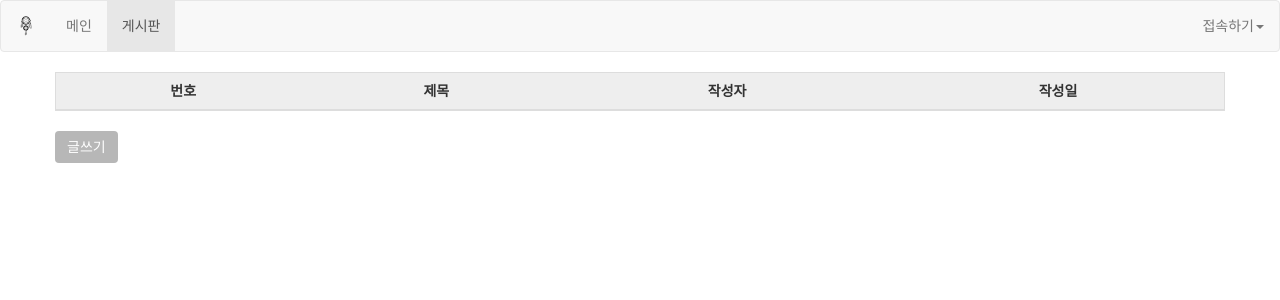
Repository: tjshee39/-1-2
Page: http://localhost/BBS/bbs.jsp
An editor plug-in stored every save of this project. The page is shown before and after the next save, followed by the edit.
The browser window is 1280 px wide. The pictures show the whole page.
Some web fonts or font styles are not loaded; a fallback is used. The page is served by Tomcat 9. Other server files are loaded and not shown. Queries for data that is not in the repository find no rows.

Above is the page before, as saved 2020-06-29 12:57:05.

### project/BBS/WebContent/bbs.jsp
<%@ page language="java" contentType="text/html; charset=UTF-8"
    pageEncoding="UTF-8"%>
<%@ page import="java.io.PrintWriter" %>   <!-- 라이브러리 불러오기 -->
<%@ page import="bbs.BbsDAO" %>  <!-- bbs패키지에 있는 BbsDAO -->
<%@ page import="bbs.Bbs" %>
<%@ page import="java.util.ArrayList" %>  <!-- 게시판 목록 출력 -->
<!DOCTYPE html>
<html>
<head>
<meta charset="UTF-8">
<meta name="viewport" content="width=device-width", initial-scale="1">
<link rel="stylesheet" href="css/bootstrap.min.css">  <!-- bootstrap: 디자인 프레임워크(반응형) -->
<link rel="stylesheet" href="css/custom.css">
<title>JSP BBS</title>
<style type="text/css">
	a, a:hover {
		color: #000000;
		text-decoration: none;
	}
</style>
</head>
<body>
	<%   //로그인 된 사람들의 정보를 담을 수 있도록 만듦
		String userID = null;
		if (session.getAttribute("userID") != null) {  //현재 세션이 존재하는 사람이라면 ID값을 그대로 받아 관리할 수 있도록 만듦
			userID = (String) session.getAttribute("userID");
		}  //userID라는 변수에 해당ID가 담기고 그렇지 않은 사람들은 null

		int pageNumber = 1;  //기본적으로 1페이지
		if (request.getParameter("pageNumber") != null) {
			pageNumber = Integer.parseInt(request.getParameter("pageNumber"));
		}
	%>
	<nav class="navbar navbar-default">
		<div class="navbar-header">
			<button type="button" class="navbar-toggle collapsed"
				data-toggle="collapse" data-target="#bs-example-navbar-collapse-1"
				aria-expanded="false">
				<span class="icon-bar"></span>  <!-- 메뉴 -->
				<span class="icon-bar"></span>
				<span class="icon-bar"></span>
			</button>
			<a class="navbar-brand" href="main.jsp"><img src="images/titleLogo.png" height="100%"></a>
		</div>
		<div class="collapse navbar-collapse" id="bs-example-navbar-collapse-1">
			<ul class="nav navbar-nav">
				<li><a href="main.jsp">메인</a></li>  <!-- active: 현재 접속한 페이지 -->
				<li class="active"><a href="bbs.jsp">게시판</a></li>
			</ul>
			<%  //로그인 되어있지 않은 경우만 나올 수 있음
				if (userID == null) {
			%>
			<ul class="nav navbar-nav navbar-right">
				<li class="dropdown">
					<a href="#" class="dropdown-toggle"
						data-toggle="dropdown" role="button" aria-haspopup="true"
						aria-expanded="false">접속하기<span class="caret"></span></a>
					<ul class="dropdown-menu">
						<li><a href="login.jsp">로그인</a></li>
						<li><a href="join.jsp">회원가입</a></li>
					</ul>
				</li>
			</ul>
			<%
				} else {   //로그인 되어있을 때
			%>
			<ul class="nav navbar-nav navbar-right">
				<li class="dropdown">
					<a href="#" class="dropdown-toggle"
						data-toggle="dropdown" role="button" aria-haspopup="true"
						aria-expanded="false">회원관리<span class="caret"></span></a>
					<ul class="dropdown-menu">
						<li><a href="logoutAction.jsp">로그아웃</a></li>
					</ul>
				</li>
			</ul>
			<%
				}
			%>
		</div>
	</nav>
	<div class="container">  <!-- 특정한 내용을 담을 수 있는 container 지정 -->
		<div class="row">  <!-- table-striped: 게시판의 글 목록들이 홀/짝수 번갈아가면서 색상 변경 -->
			<table class="table table-striped" style="text-align: center; border: 1px solid #dddddd">
			<thead>
				<tr>  <!-- 글의 목록만 보여주는 기능 -->
					<th style="background-color: #eeeeee; text-align: center; ">번호</th>
					<th style="background-color: #eeeeee; text-align: center; ">제목</th>
					<th style="background-color: #eeeeee; text-align: center; ">작성자</th>
					<th style="background-color: #eeeeee; text-align: center; ">작성일</th>
				</tr>
			</thead>
			<tbody>
				<%
					BbsDAO bbsDAO = new BbsDAO();
					ArrayList<Bbs> list = bbsDAO.getList(pageNumber);
					for (int i = 0; i < list.size(); i++) {
				%>
				<tr>
					<td><%= list.get(i).getBbsID() %></td>
					<td><a href="view.jsp?bbsID=<%=list.get(i).getBbsID() %>"><%= list.get(i).getBbsTitle() %></a></td>
					<!-- 제목 누르면 해당 게시글의 내용을 보여주는 페이지로 이동 -->
					<!-- 해당 게시글 번호를 매개변수로 보냄 -->
					<td><%= list.get(i).getUserID() %></td>
					<td><%= list.get(i).getBbsDate().substring(0, 11) + list.get(i).getBbsDate().substring(11, 13)
					+ "시" + list.get(i).getBbsDate().substring(14, 16) + "분" %></td>
					<!-- substirng: 필요한 부분만 잘라서 출력 -->
				</tr>
				<%
					}
				%>
			</tbody>
			</table>
				<%
					if (pageNumber != 1) {
				%>
					<a href="bbs.jsp?pageNumber=<%=pageNumber - 1 %>" class="btn btn-success btn-arrow-left"
					style="background-color: #888686; border: #888686">이전</a>
				<%
					} if(bbsDAO.nextPage(pageNumber + 1)) {  //다음 페이지가 존재한다면
				%>
					<a href="bbs.jsp?pageNumber=<%=pageNumber + 1 %>" class="btn btn-success btn-arrow-right"
					style="background-color: #888686; border: #888686">다음</a>
				<%
					}
				%>

				<!-- 회원만 넘어갈 수 있음 -->
				<%
					if (session.getAttribute("userID")!= null) {
				%>
					<a href="write.jsp" class="btn btn-primary pull-right"
					style="background-color:#b7b7b7; border:0;">글쓰기</a>
				<%
					} else {
				%>

				<button class="btn btn-primary purll-right"
					onclick="if(confirm('로그인 하세요'))location.href='login.jsp';" type="button"
					style="background-color:#b7b7b7; border:0;">글쓰기</button>
				<%
					}
				%>

			<!-- <a href="write.jsp" class="btn btn-primary pull-right">글쓰기</a>  <!-- 오른쪽에 글쓰기버튼 -->
		</div>
	</div>

	<script src="https://ajax.googleapis.com/ajax/libs/jquery/1.12.4/jquery.min.js"></script>
	<script src="js/bootstrap.js"></script>
</body>
</html>

### project/BBS/src/bbs/BbsDAO.java
package bbs;

import java.sql.Connection;
import java.sql.DriverManager;
import java.sql.PreparedStatement;
import java.sql.ResultSet;
import java.util.ArrayList;

public class BbsDAO {
	private Connection conn;   // connection: 데이터베이스에 접근 가능하게 해주는 객체
	private ResultSet rs;   // 어떠한 정보를 담을 수 있는 객체(DB data), ctrl + shift + o = auto import

	public BbsDAO() {  //class이름과 method이름 동일, DB연결
		try {
			String dbURL = "jdbc:mysql://localhost:3306/BBS?serverTimezone=UTC";
			String dbID = "root";
			String dbPassword = "1234";   // 자신의 root계정의 비밀번호
			Class.forName("com.mysql.jdbc.Driver");   // mysql 드라이버: mysql에 접속할 수 있도록 해주는 매개체의 라이브러리
			conn = DriverManager.getConnection(dbURL, dbID, dbPassword);   //dbRUL에 dbID와 dbPassword를 이용하여 접속
			} catch (Exception e) {   // 예외처리
				e.printStackTrace();   // 오류발생
				}
		}

	public String getDate() {  //글 작성 시 현재 서버의 시간 넣어줌
		String SQL = "SELECT NOW()"; //현재 시간을 가져오는 sql문장
		try {
			PreparedStatement pstmt = conn.prepareStatement(SQL);  //sql문자를 실행준비단계 상태로
			rs = pstmt.executeQuery();  //실제로 실행했을 때 나오는 결과 가져옴
			if (rs.next()) {
				return rs.getString(1);  //현재의 날짜 그대로 반환
			}
		} catch (Exception e) {
			e.printStackTrace();
		}
		return "";  //데이터베이스 오류
	}

	public int getNext() {
		String SQL = "SELECT bbsID FROM BBS ORDER BY bbsID DESC"; //BBS테이블에서 내림차순(bbsID기준)으로 가장 마지막에 쓰인 글의 번호 가져옴
		try {
			PreparedStatement pstmt = conn.prepareStatement(SQL);  //sql문자를 실행준비단계 상태로
			rs = pstmt.executeQuery();  //실제로 실행했을 때 나오는 결과 가져옴
			if (rs.next()) {
				return rs.getInt(1) +1;  //다음 게시글의 번호
			}
			return 1;  //첫 번재 게시글인 경우
		} catch (Exception e) {
			e.printStackTrace();
		}
		return -1;  //데이터베이스 오류
	}

	public int write(String bbsTitle, String userID, String bbsContent) {  //게시글 db에 삽입
		String SQL = "INSERT INTO BBS VALUES (?, ?, ?, ?, ?, ?, ?)";
		try {
			PreparedStatement pstmt = conn.prepareStatement(SQL);  //sql문자를 실행준비단계 상태로
			pstmt.setInt(1, getNext());  //게시글 번호
			pstmt.setString(2, bbsTitle);
			pstmt.setString(3, userID);
			pstmt.setString(4, getDate());
			pstmt.setString(5, bbsContent);
			pstmt.setInt(6, 1);  //available = 1: 삭제 안됨
			pstmt.setInt(7, 0);
			return pstmt.executeUpdate();
		} catch (Exception e) {
			e.printStackTrace();
		}
		return -1;  //데이터베이스 오류
	}

	public ArrayList<Bbs> getList(int pageNumber) {  //DB에서 글 목록 가져오는 소스코드는 BbsDAO.java에 리스트에 담아 반환

		String SQL = "SELECT * FROM BBS WHERE bbsID < ? AND bbsAvailable = 1 ORDER BY bbsID DESC LIMIT 10"; //한페이지에 글 최대 10개
		ArrayList<Bbs> list  = new ArrayList<Bbs>();  //Bbs라는 클래스에서 나온 인스턴스를 보관할 수 있는 리스트
		try {
			PreparedStatement pstmt = conn.prepareStatement(SQL);  //sql문자를 실행준비단계 상태로
			pstmt.setInt(1, getNext() - (pageNumber -1) * 10);
			rs = pstmt.executeQuery();  //실제로 실행했을 때 나오는 결과 가져옴
			while (rs.next()) {
				Bbs bbs = new Bbs();
				bbs.setBbsID(rs.getInt(1));
				bbs.setBbsTitle(rs.getString(2));
				bbs.setUserID(rs.getString(3));
				bbs.setBbsDate(rs.getString(4));
				bbs.setBbsContent(rs.getString(5));
				bbs.setBbsAvailable(rs.getInt(6));
				bbs.setBbsHit(rs.getInt(7));
				list.add(bbs);
			}
		} catch (Exception e) {
			e.printStackTrace();
		}
		return list;  //게시글 리스트 출력
	}

	public boolean nextPage(int pageNumber) {  //페이징 처리
		String SQL = "SELECT * FROM BBS WHERE bbsID < ? AND bbsAvailable = 1"; //한페이지에 글 최대 10개
		ArrayList<Bbs> list  = new ArrayList<Bbs>();  //Bbs라는 클래스에서 나온 인스턴스를 보관할 수 있는 리스트
		try {
			PreparedStatement pstmt = conn.prepareStatement(SQL);  //sql문자를 실행준비단계 상태로
			pstmt.setInt(1, getNext() - (pageNumber -1) * 10);
			rs = pstmt.executeQuery();  //실제로 실행했을 때 나오는 결과 가져옴
			if (rs.next()) {
				return true;
			}
		} catch (Exception e) {
			e.printStackTrace();
		}
		return false;
	}

	public Bbs getBbs(int bbsID) {  //게시글의 내용 불러오는 함수 (특정한 id에 해당하는 게시글 가져옴)
		String SQL = "SELECT * FROM BBS WHERE bbsID = ?";  //bbsID가 특정한 숫자인 경우
		try {
			PreparedStatement pstmt = conn.prepareStatement(SQL);  //sql문자를 실행준비단계 상태로
			pstmt.setInt(1, bbsID);
			rs = pstmt.executeQuery();  //실제로 실행했을 때 나오는 결과 가져옴
			if (rs.next()) {
				Bbs bbs = new Bbs();
				bbs.setBbsID(rs.getInt(1));
				bbs.setBbsTitle(rs.getString(2));
				bbs.setUserID(rs.getString(3));
				bbs.setBbsDate(rs.getString(4));
				bbs.setBbsContent(rs.getString(5));
				bbs.setBbsAvailable(rs.getInt(6));
				bbs.setBbsHit(rs.getInt(7));
				updateHit(bbsID, bbs.getBbsHit());

				return bbs;  //여섯개의 변수를 받은 후 bbs인스턴스에 넣어줌
			}
		} catch (Exception e) {
			e.printStackTrace();
		}
		return null;
	}

	public int updateHit(int bbsID, int bbsHit) {
		String SQL = "UPDATE BBS SET bbsHit = ? WHERE bbsID = ?";
		try {
			PreparedStatement pstmt = conn.prepareStatement(SQL);
			pstmt.setInt(1, bbsHit + 1);
			pstmt.setInt(2, bbsID);
			return pstmt.executeUpdate();
		} catch (Exception e) {
			e.printStackTrace();
		}
		return -1;
	}

	public int updateHitMod(int bbsID) {
		String SQL = "UPDATE BBS SET bbsHit = bbsHit-2 WHERE bbsID = ?";
		try {
			PreparedStatement pstmt = conn.prepareStatement(SQL);
			pstmt.setInt(1, bbsID);
			return pstmt.executeUpdate();
		} catch (Exception e) {
			e.printStackTrace();
		}
		return -1;
	}

	public int update(int bbsID, String bbsTitle, String bbsContent) {
		String SQL = "UPDATE BBS SET bbsTitle = ?, bbsContent = ? , bbsDate = ? WHERE bbsID = ?";  //특정한 bbsID의 글의 제목과 내용 변경
		try {
			PreparedStatement pstmt = conn.prepareStatement(SQL);  //sql문자를 실행준비단계 상태로
			pstmt.setString(1, bbsTitle);
			pstmt.setString(2, bbsContent);
			pstmt.setString(3, getDate());
			pstmt.setInt(4, bbsID);
			updateHitMod(bbsID);
			return pstmt.executeUpdate();
		} catch (Exception e) {
			e.printStackTrace();
		}
		return -1;  //데이터베이스 오류
	}

	public int delete(int bbsID) {
		String SQL = "UPDATE BBS SET bbsAvailable = 0 WHERE bbsID = ?";  //글 삭제해도 기록은 남음
		try {
			PreparedStatement pstmt = conn.prepareStatement(SQL);  //sql문자를 실행준비단계 상태로
			pstmt.setInt(1, bbsID);
			return pstmt.executeUpdate();
		} catch (Exception e) {
			e.printStackTrace();
		}
		return -1;  //데이터베이스 오류
	}
}

### project/BBS/WebContent/css/custom.css
@import url('https://fonts.googleapis.com/css2?family=Nanum+Gothic&display=swap');  <!-- 구글 제공 폰트 -->
@import url('https://fonts.googleapis.com/css2?family=Nanum+Gothic&family=Open+Sans&family=Ubuntu&display=swap');
@import url('https://fonts.googleapis.com/css2?family=Source+Serif+Pro:wght@600&display=swap');

Loaded but not shown: project/BBS/WebContent/css/bootstrap.min.css (library); project/BBS/WebContent/js/bootstrap.js (library)

After the next save:
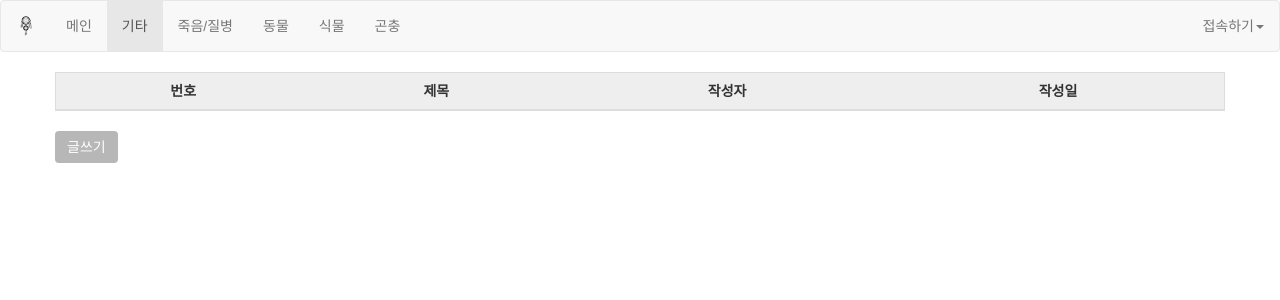
Saved 2 min 18 s later.
--- a/project/BBS/WebContent/bbs.jsp
+++ b/project/BBS/WebContent/bbs.jsp
@@ -45,7 +45,11 @@
 		<div class="collapse navbar-collapse" id="bs-example-navbar-collapse-1">
 			<ul class="nav navbar-nav">
 				<li><a href="main.jsp">메인</a></li>  <!-- active: 현재 접속한 페이지 -->
-				<li class="active"><a href="bbs.jsp">게시판</a></li>
+				<li class="active"><a href="bbs.jsp">기타</a></li>
+				<li><a href="bbsLife.jsp">죽음/질병</a>
+				<li><a href="bbsAnimal.jsp">동물</a>
+				<li><a href="bbsPlant.jsp">식물</a>
+				<li><a href="bbsInsect.jsp">곤충</a>
 			</ul>
 			<%  //로그인 되어있지 않은 경우만 나올 수 있음
 				if (userID == null) {
